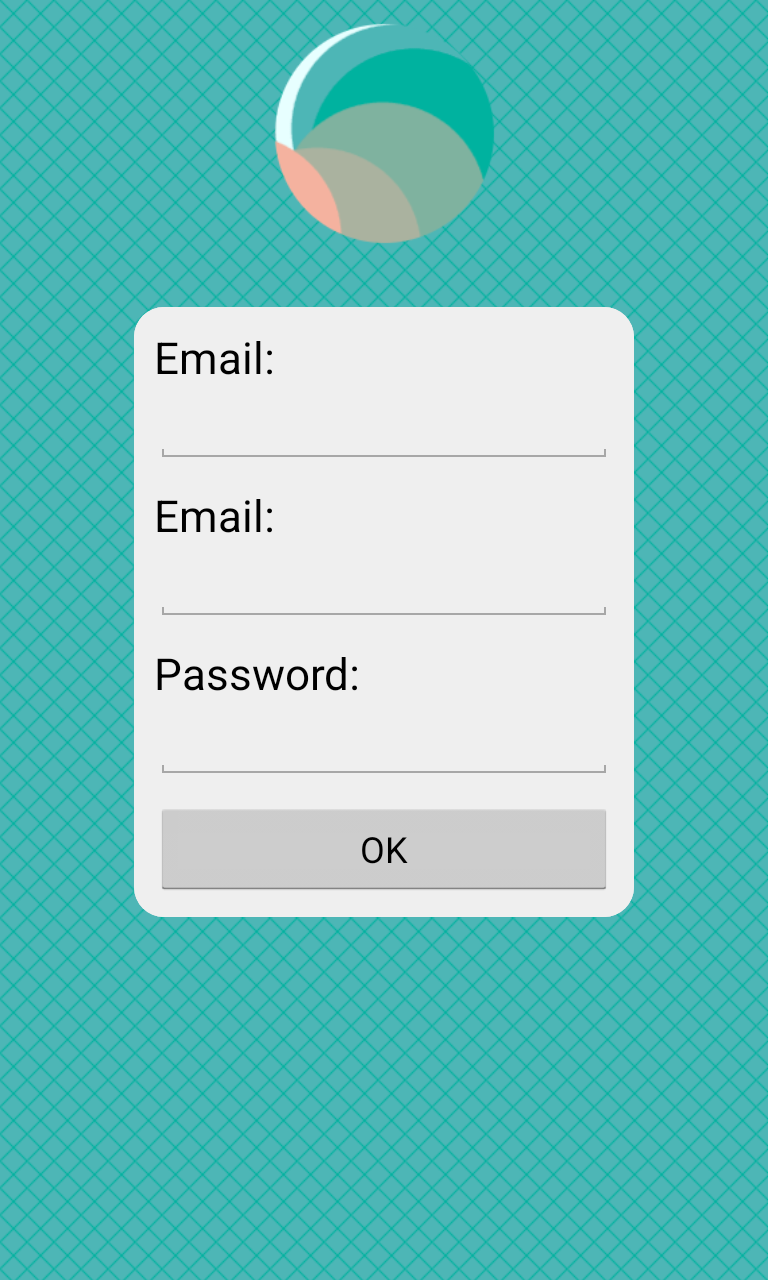
Repository: ppamorim/Coderock-X
Layout: workspace-Android/teste1/res/layout/activity_register.xml
The author's editor kept a copy of each file at every save. The layout is drawn from the files as they stood at one save, then again after the next save.
It is drawn on a 768 x 1280 px phone screen (xhdpi) without system bars, with theme AppTheme; the app's code is not run.

Above is the layout before, as saved 2014-01-05 22:31:52.

After the next save:
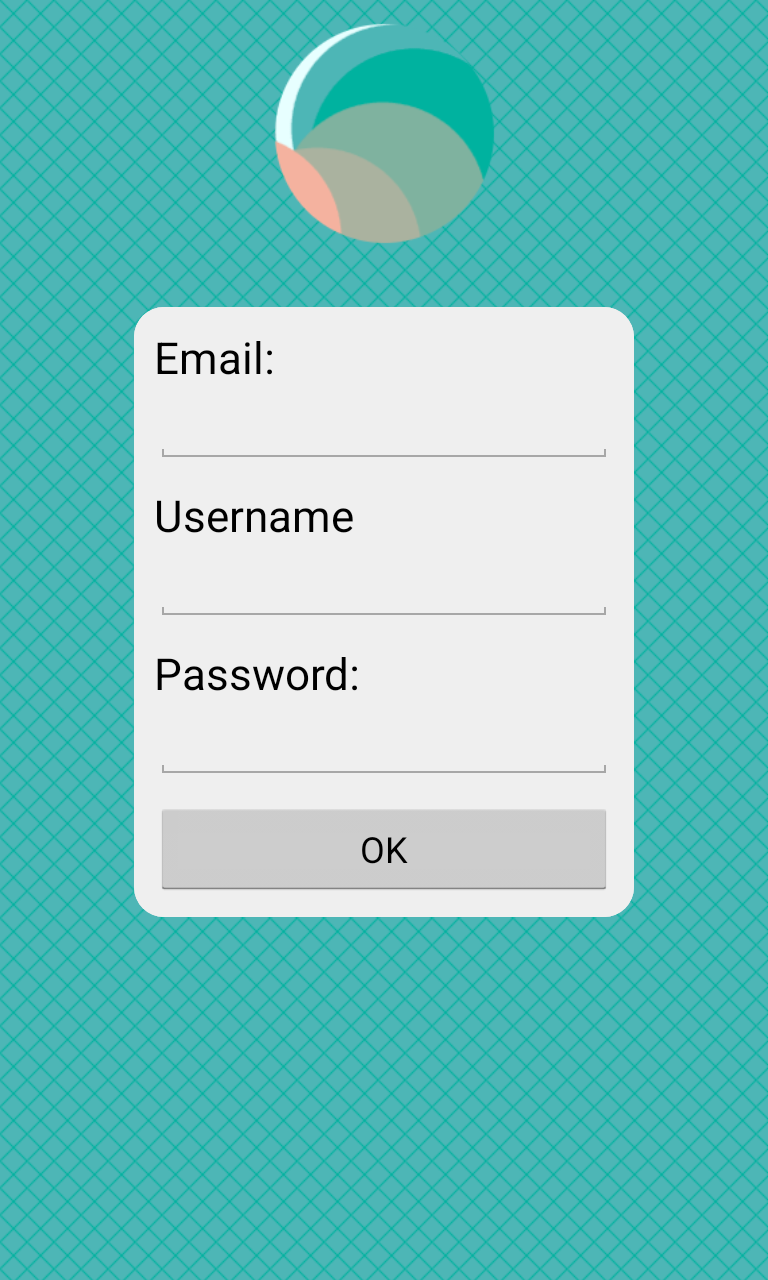
Saved 8 s later.
--- a/workspace-Android/teste1/res/layout/activity_register.xml
+++ b/workspace-Android/teste1/res/layout/activity_register.xml
@@ -53,7 +53,7 @@
                 android:id="@+id/TextEmail"
                 android:layout_width="wrap_content"
                 android:layout_height="wrap_content"
-                android:text="@string/Email"
+                android:text="@string/username"
                 android:textColor="#000"
                 android:layout_marginTop="10dp"
                 android:layout_marginLeft="10dp"
